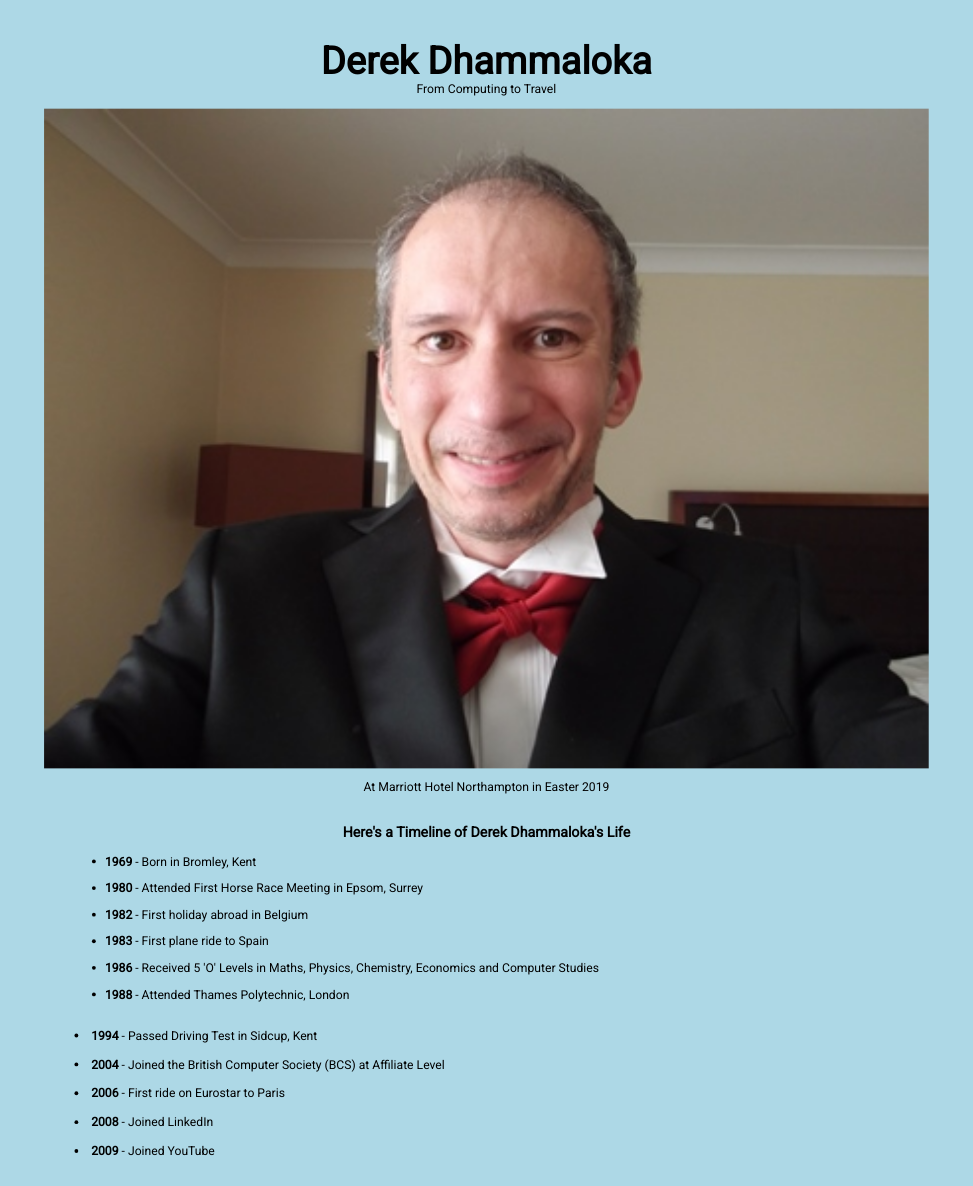
Repository: derektypist/tribute-page
Page: index.html
The author's editor kept a record of every edit. The page is drawn from the files as they stood at one moment, then again after the next edit.
The browser window is 1280 px wide. The pictures show the whole page, at 76% of full size.

Above is the page before.

### index.html
<!DOCTYPE html>
<html lang="en">

<head>
    <meta charset="UTF-8">
    <meta name="viewport" content="width=device-width, initial-scale=1.0">
    <meta http-equiv="X-UA-Compatible" content="ie=edge">
    <title>Derek Dhammaloka Tribute Page</title>
    <!-- Load Style Sheets -->
    <link href="https://fonts.googleapis.com/css?family=Roboto&display=swap" rel="stylesheet">
    <style>
        /* Main Styles */

        #main {
            font-family: "Roboto", Arial, Verdana, sans-serif;
            background-color: lightblue;
            padding: 10px;
            text-align: center;
        }



        /* Title */

        #title {
            font-weight: 700;
            font-size: 50px;
            text-align: center;
        }


        /* Images */

        #img-div {
            position: relative;
            bottom: 35px;
        }

        #image {
            width: 100%;
            display: block;
            height: auto;
        }

        #img-caption {
            position: relative;
            top: 15px;
        }

        /* Tribute Info */

        #tribute-info {

            text-align: left;
            margin-left: 80px;

        }
    </style>
</head>

<body id="main">
    <!-- Set Header Element -->
    <header>
        <h1 id="title">Derek Dhammaloka</h1>
    </header>

    <!-- Set Main Element -->
    <main>

        <!-- Display Image with its Caption -->
        <div id="img-div">
            <p>From Computing to Travel</p>
            <figure>
                <img src="derek.JPG" id="image" title="At Marriott Hotel Northampton - Easter 2019" alt="At Marriott Hotel Northampton - Easter 2019">
                <figcaption id="img-caption">At Marriott Hotel Northampton in Easter 2019</figcaption>
            </figure>
        </div>
        <section>
            <h3>Here's a Timeline of Derek Dhammaloka's Life</h3>
            <!-- Display Tribute Information -->
            <article id="tribute-info">
                <!-- Display Information for 1969 -->
                <ul>
                    <li><strong>1969 </strong>- Born in Bromley, Kent</li>
                </ul>

                <!-- Display Information for 1980 -->
                <ul>
                    <li><strong>1980 </strong>- Attended First Horse Race Meeting in Epsom, Surrey</li>
                </ul>

                <!-- Display Information for 1982 -->
                <ul>
                    <li><strong>1982 </strong>- First holiday abroad in Belgium</li>
                </ul>

                <!-- Display Information for 1983 -->
                <ul>
                     <li><strong>1983 </strong>- First plane ride to Spain</li>
                </ul>

                <!-- Display Information for 1986 -->
                <ul>
                    <li><strong>1986 </strong>- Received 5 'O' Levels in Maths, Physics, Chemistry, Economics and Computer Studies</li>
                </ul>

                <!-- Display Information for 1988 -->
                <ul>
                    <li><strong>1988 </strong>- Attended Thames Polytechnic, London</li>
                </ul>

                <!-- Display Information for 1991 -->
                <ul>

                </ul>

                <br>
                <li><strong>1994 </strong>- Passed Driving Test in Sidcup, Kent</li>
                <br>
                <li><strong>2004 </strong>- Joined the British Computer Society (BCS) at Affiliate Level</li>
                <br>
                <li><strong>2006 </strong>- First ride on Eurostar to Paris</li>
                <br>
                <li><strong>2008 </strong>- Joined LinkedIn</li>
                <br>
                <li><strong>2009 </strong>- Joined YouTube</li>
                <br>
            </article>
        </section>
    </main>
</body>

</html>

After the next edit:
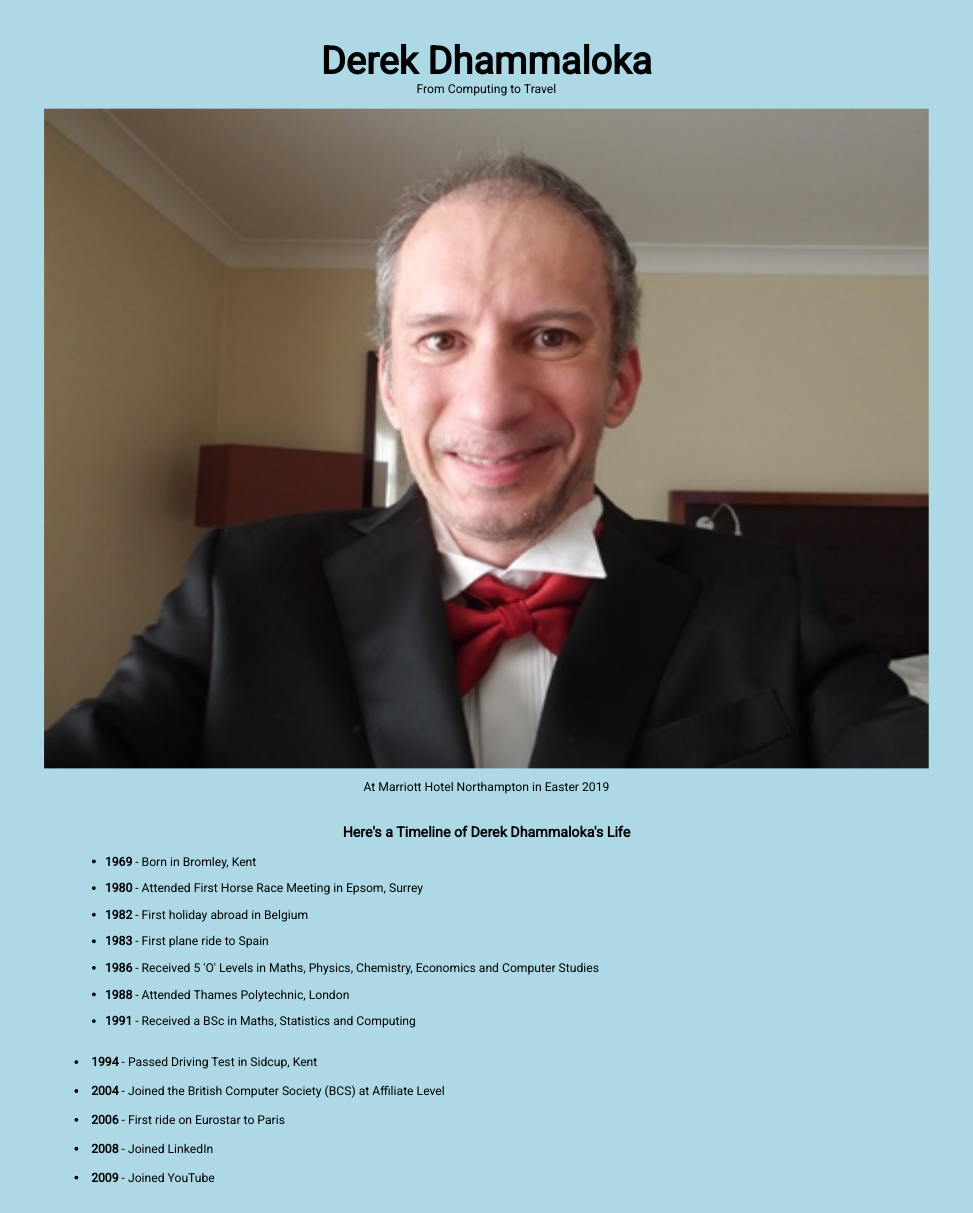
The edit:
--- a/index.html
+++ b/index.html
@@ -111,7 +111,7 @@
 
                 <!-- Display Information for 1991 -->
                 <ul>
-
+                   <li><strong>1991 </strong>- Received a BSc in Maths, Statistics and Computing</li>
                 </ul>
 
                 <br>
